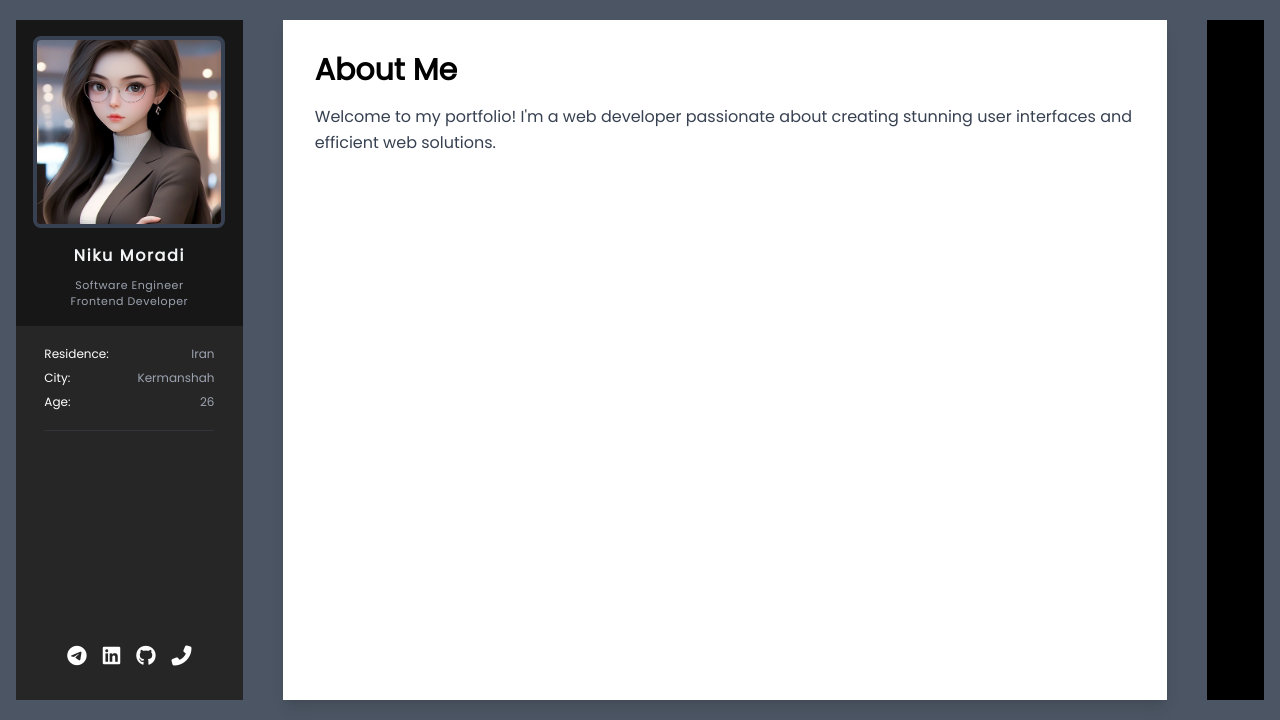
Repository: NikuMoradi/niku-moradi
Page: /
The author's editor kept a copy of each file at every save. The page is drawn from the files as they stood at one save, then again after the next save.
The browser window is 1280 px wide. The pictures show the whole page.
The project was rebuilt for these pictures with package versions that can differ from the ones it lists, and the page was loaded fresh each time. The framework's server and built-in components were replaced by stand-ins that run in the browser. Also part of the build but not shown: nuxt.config.ts, components/Blog Posts/Component-Design.vue, components/Blog.vue, components/Contact.vue, components/Education.vue, components/Experience.vue, components/Hero.vue, components/Menu.vue and 3 more.

Above is the page before, as saved 2024-11-29 11:08:45.

### assets/css/main.css
@tailwind base;
@tailwind components;
@tailwind utilities;

body {
  /* From https://css.glass */
  background: #ffffff;
  font-family: "Poppins", sans-serif;
}

@layer utilities {
}

### components/LeftPanel.vue
<template>
  <div
    class="bg-neutral-800 text-white w-80 flex flex-col items-center"
    style="height: calc(100vh - 40px)"
  >
    <!-- Header-->
    <div
      class="w-full py-4 flex flex-col items-center justify-center bg-neutral-900"
    >
      <img
        src="../assets/img/photo_2024-11-28_10-37-05.jpg"
        alt="Profile Picture"
        class="w-48 h-48 mb-5 rounded-lg border-4 border-gray-700 object-cover object-center"
      />
      <h2
        class="text-gray-100 text-[16px] font-semibold tracking-widest leading-[16.8px] mb-3"
      >
        Niku Moradi
      </h2>
      <p
        class="text-gray-400 text-[11px] font-light tracking-wider leading-[16.5px]"
      >
        Software Engineer
      </p>
      <p
        class="text-gray-400 text-[11px] font-light tracking-wider leading-[16.5px]"
      >
        Frontend Developer
      </p>
    </div>

    <div class="w-3/4 flex flex-col">
      <!-- table -->
      <div class="py-5 text-xs">
        <ul class="space-y-2">
          <li class="flex justify-between">
            <h6>Residence:</h6>
            <span class="text-gray-400">Iran</span>
          </li>
          <li class="flex justify-between">
            <h6>City:</h6>
            <span class="text-gray-400">Kermanshah</span>
          </li>
          <li class="flex justify-between">
            <h6>Age:</h6>
            <span class="text-gray-400">26</span>
          </li>
        </ul>
      </div>
      <!-- divider -->
      <div class="w-full h-px bg-gray-600 opacity-30"></div>
    </div>

    <!-- Social Links -->
    <div class="py-8 text-center mt-auto text-white">
      <div class="space-x-4">
        <a
          href="https://t.me/yourusername"
          target="_blank"
          class="text-white hover:text-blue-400"
        >
          <i class="fab fa-telegram fa-lg"></i>
        </a>
        <a
          href="https://linkedin.com/in/yourusername"
          target="_blank"
          class="text-white hover:text-blue-600"
        >
          <i class="fab fa-linkedin fa-lg"></i>
        </a>
        <a
          href="https://github.com/yourusername"
          target="_blank"
          class="text-white hover:text-gray-700"
        >
          <i class="fab fa-github fa-lg"></i>
        </a>
        <a href="tel:+1234567890" class="text-white hover:text-green-400">
          <i class="fas fa-phone-alt fa-lg"></i>
        </a>
      </div>
    </div>
  </div>
</template>

### components/RightPanel.vue
<template>
  <div class="bg-black w-20" style="height: calc(100vh - 40px)"></div>
</template>

### layouts/default.vue
<template>
  <div
    class="flex justify-center items-center min-h-screen bg-gray-600 px-4 space-x-10"
  >
    <LeftPanel />

    <!-- Fixed Width Centered Card -->
    <div
      class="bg-white shadow-lg w-full max-w-5xl overflow-hidden"
      style="height: calc(100vh - 40px)"
    >
      <!-- Scrollable Content -->
      <div class="overflow-y-auto h-full scrollbar-hide">
        <NuxtPage />
      </div>
    </div>
    <!-- Right Panel -->
    <RightPanel />
  </div>
</template>

<style>
/* Add any custom global styles here */
body {
  background: linear-gradient(to bottom, #f0f0f0, #d0d0d0);
}
</style>

### app.vue
<!-- The app.vue is just holding the layout container and serving as the root.
 The default.vue layout handles the overall structure of the page.
All content from your pages will automatically be placed inside the NuxtPage slot of the layout.-->
<template>
  <NuxtLayout />
</template>

### pages/index.vue
<template>
  <div class="p-8">
    <h1 class="text-3xl font-bold mb-4">About Me</h1>
    <p class="text-gray-700 leading-relaxed">
      Welcome to my portfolio! I'm a web developer passionate about creating
      stunning user interfaces and efficient web solutions.
    </p>
  </div>
</template>

### tailwind.config.js
/** @type {import('tailwindcss').Config} */
export default {
  content: [
    "./components/**/*.{js,vue,ts}",
    "./layouts/**/*.vue",
    "./pages/**/*.vue",
    "./plugins/**/*.{js,ts}",
    "./app.vue",
    "./error.vue",
  ],
  theme: {
    extend: {},
  },
  plugins: [require("tailwind-scrollbar-hide")],
};

Loaded but not shown: plugins/aos.client.js (no copy from this time; the picture is the same without it)

After the next save:
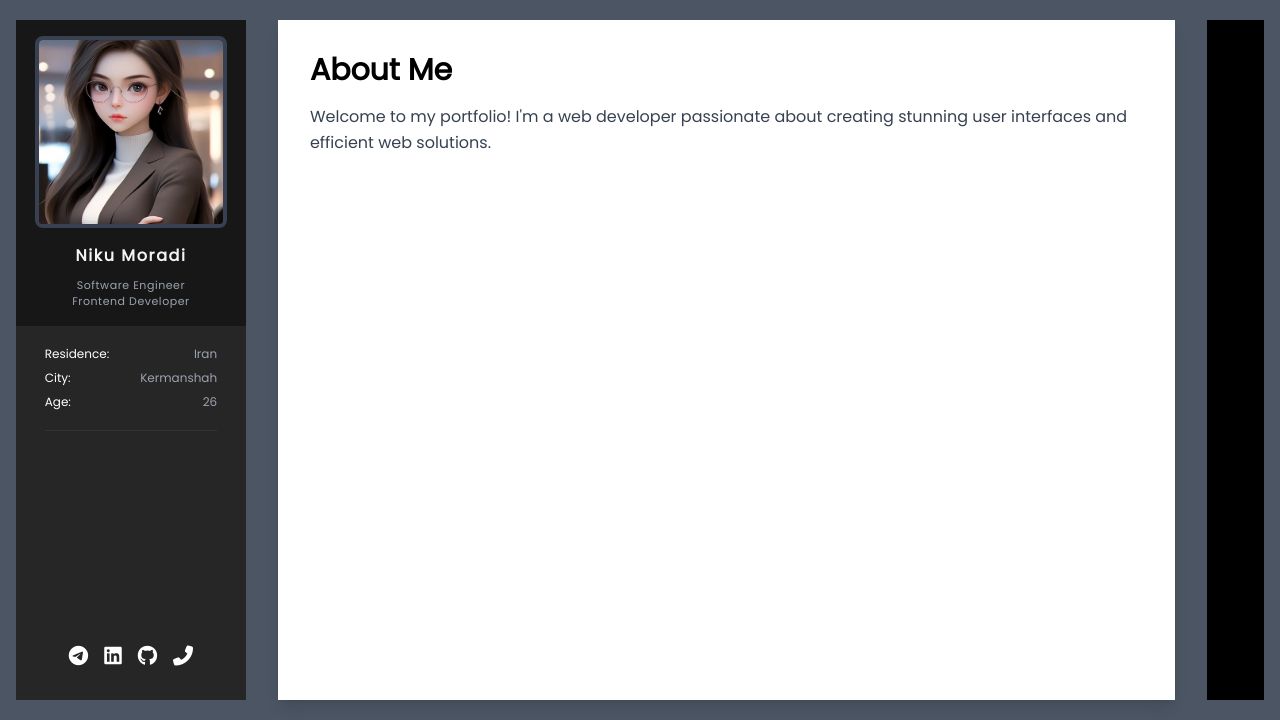
Saved 16 s later.
--- a/layouts/default.vue
+++ b/layouts/default.vue
@@ -1,6 +1,6 @@
 <template>
   <div
-    class="flex justify-center items-center min-h-screen bg-gray-600 px-4 space-x-10"
+    class="flex justify-center items-center min-h-screen bg-gray-600 px-4 space-x-8"
   >
     <LeftPanel />
 
